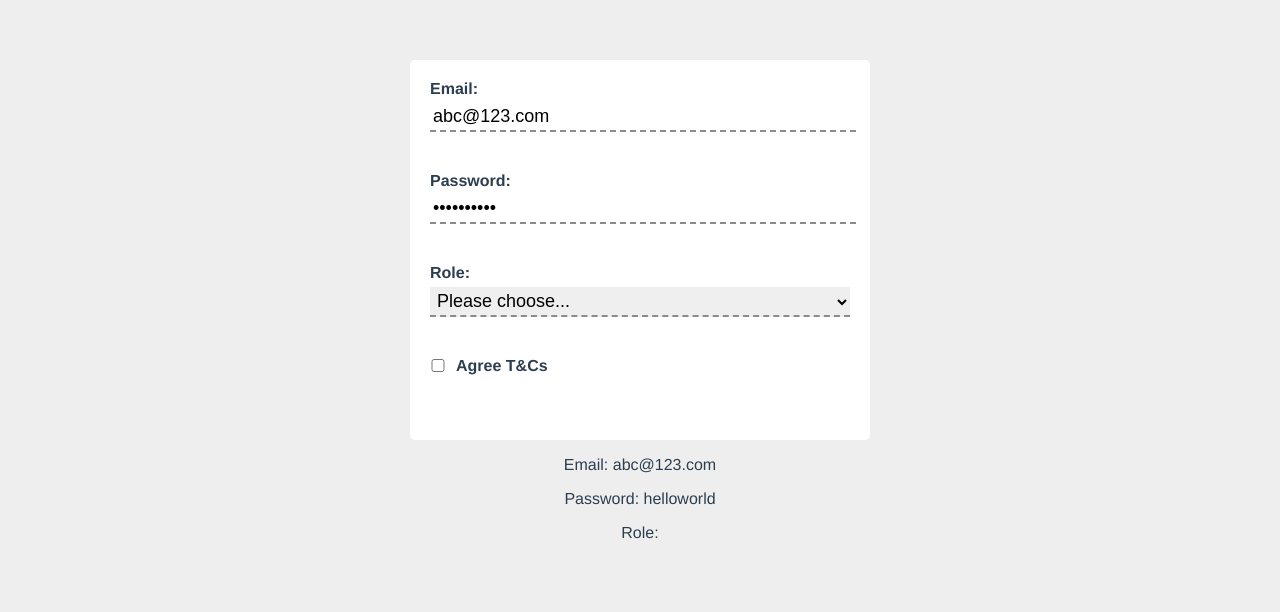
Repository: technogize/vue-forms
Page: /
These files come from the project's save history. The page is drawn as it stood at one moment and after the next save; the edit follows.
The browser window is 1280 px wide. The pictures show the whole page.
The project was rebuilt for these pictures with package versions that can differ from the ones it lists, and the page was loaded fresh each time.

Above is the page before, as saved 2021-02-26 14:33:09.

### src/App.vue
<template>
  <SignupForm />
</template>

<script>
import SignupForm from './components/SignupForm';

export default {
  name: 'App',
  components: {
    SignupForm
  }
}
</script>

<style>
#app {
  font-family: Avenir, Helvetica, Arial, sans-serif;
  -webkit-font-smoothing: antialiased;
  -moz-osx-font-smoothing: grayscale;
  text-align: center;
  color: #2c3e50;
  margin-top: 60px;
}

body {
  margin: 0;
  background: #eee;
}
</style>

### src/components/SignupForm.vue
<template>
  <form>
    <!--
      v-model syncs the data in the input with the data properties.
      We can set the default value of a form element by entering it
      in the data().
    -->
    <div class="field">
      <label>Email: </label>
      <input type="email" required v-model="email" />
    </div>
    <div class="field">
      <label>Password: </label>
      <input type="password" required v-model="password" />
    </div>
    <div class="field">
      <label>Role: </label>
      <select v-model="role">
        <option value="">Please choose...</option>
        <option value="Designer">Web Designer</option>
        <option value="Developer">Web Developer</option>
      </select>
    </div>
    <div class="field checkboxField">
      <input type="checkbox" required v-model="terms" />
      <label>Agree T&amp;Cs</label>
    </div>
  </form>

  <p>Email: {{email}}</p>
  <p>Password: {{password}}</p>
  <p>Role: {{role}} </p>
</template>

<script>
export default {
  data() {
    return {
      email: 'abc@123.com',
      password: 'helloworld',
      role: '',
      terms: false
    }
  }
}
</script>

<style scoped>
  form {
    max-width: 420px;
    border-radius: 5px;
    background: white;
    padding: 20px;
    margin: 0 auto;
  }

  label {
    font-weight: 700;
    display: block;
    text-align: left;
    margin-bottom: 5px;
  }

  input, select {
    display: block;
    width: 100%;
    font-size: 18px;
    padding: 3px;
    border: none;
    border-bottom: 2px dashed rgb(139, 139, 139);
  }

  input:focus,
  select:focus {
    outline: none;
    border-bottom: 2px solid rgb(139, 139, 139);
  }

  input[type=checkbox] {
    display: inline-block;
    width: 16px;
    margin: 0 10px 0 0;
    position: relative;
    top: 1px;
  }

  .checkboxField label {
    display: inline-block;
    width: auto;
    text-align: left;
  }

  .field {
    text-align: left;
    margin-bottom: 40px;
  }
</style>

Loaded but not shown: public/index.html (common file); src/main.js (common file)

After the next save:
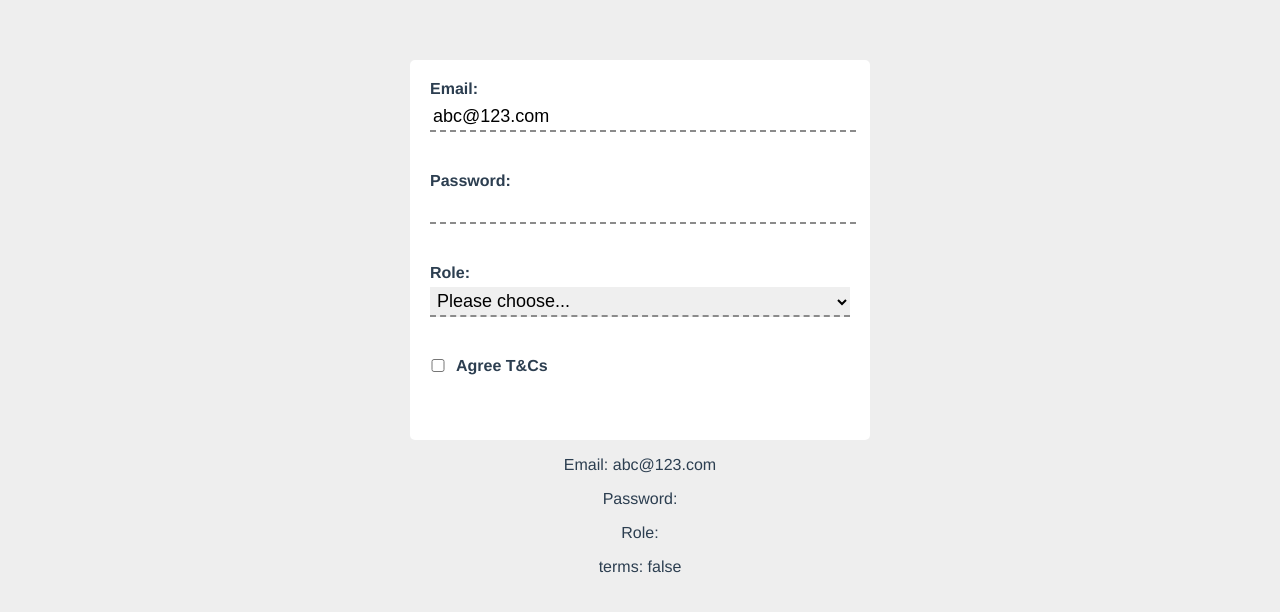
Saved 36 s later.
--- a/src/components/SignupForm.vue
+++ b/src/components/SignupForm.vue
@@ -30,14 +30,15 @@
   <p>Email: {{email}}</p>
   <p>Password: {{password}}</p>
   <p>Role: {{role}} </p>
+  <p>terms: {{terms}} </p>
 </template>
 
 <script>
 export default {
   data() {
     return {
-      email: 'abc@123.com',
-      password: 'helloworld',
+      email: 'abc@123.com', // I set the default value here
+      password: '',
       role: '',
       terms: false
     }
